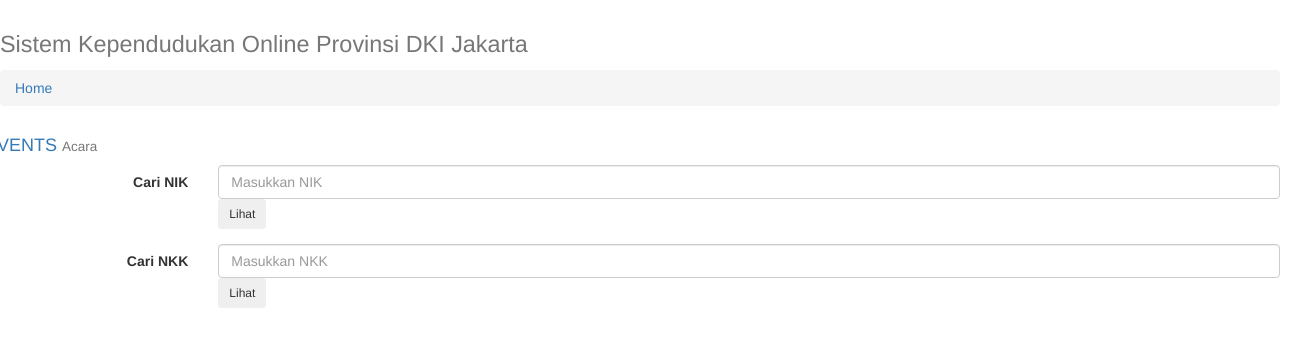
Repository: apap-2017/tugas1_1406544135
Page: http://localhost/index
An editor plug-in stored every save of this project. The page is shown before and after the next save, followed by the edit.
The browser window is 1280 px wide. The page is 1295 px wide, so the pictures cover 1295 px, including what lies to the right of the window. The pictures show the whole page.
The page is this project's Thymeleaf template; nobody is signed in. The template is opened directly, without the code that normally fills it, so the values that code supplies are empty.

Above is the page before, as saved 2017-10-20 11:59:00.

After the next save:
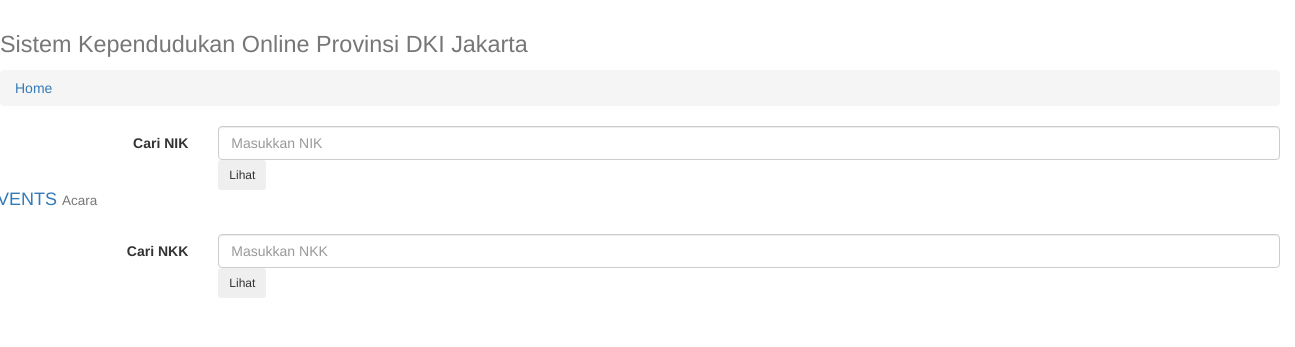
Saved 13 s later.
--- a/Tugas1_1406544135/src/main/resources/templates/index.html
+++ b/Tugas1_1406544135/src/main/resources/templates/index.html
@@ -21,16 +21,16 @@
 
 	<form class="form-horizontal" action="/penduduk" method="get">
 		<div class="form-group">
-			<section>
-			<h4>
-				<a th:href="@{/b8/home/event}">EVENTS</a> <small>Acara</small>
-			</h4>
-		</section>
 			<label class="col-sm-2 control-label">Cari NIK</label>
 			<div class="col-sm-10">
 				<input type="text" name="nik" class="form-control" placeholder="Masukkan NIK"/>
 				<button type="submit" class="btn btn-sm bg-teal pull-left" name="action" value="save">Lihat</button>
 			</div>
+				<section>
+			<h4>
+				<a th:href="@{/b8/home/event}">EVENTS</a> <small>Acara</small>
+			</h4>
+		</section>
 		</div>
 	</form>
 
